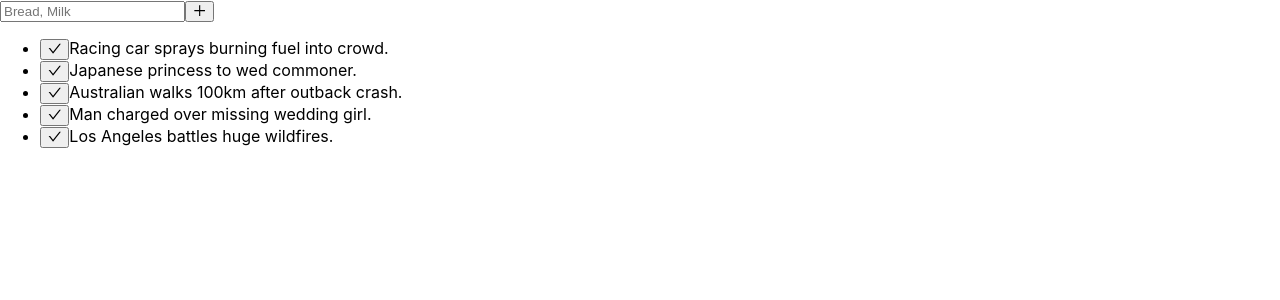
Repository: Luigi-ai-creator/Todo_react
Page: /
The author's editor kept a copy of each file at every save. The page is drawn from the files as they stood at one save, then again after the next save.
The browser window is 1280 px wide. The pictures show the whole page.
The project was rebuilt for these pictures with package versions that can differ from the ones it lists, and the page was loaded fresh each time. Also part of the build but not shown: src/App.css.

Above is the page before, as saved 2021-01-22 15:30:55.

After the next save:
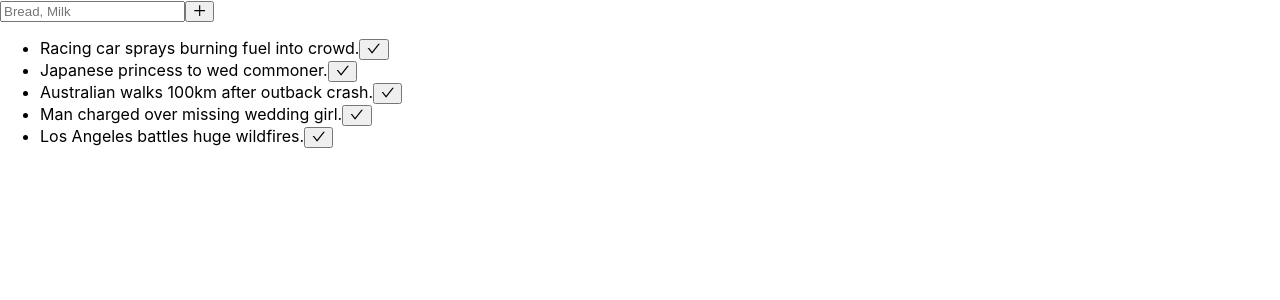
Saved 36 s later.
--- a/src/Components/ListToDo/ListToDo.js
+++ b/src/Components/ListToDo/ListToDo.js
@@ -20,10 +20,10 @@ const ListToDo = () => {
       dataSource={data}
       renderItem={item => (
         <List.Item>
+            {item}
             <Button type="primary">
                 <CheckOutlined />
             </Button>
-        {item}
         </List.Item>
       )}
     />
